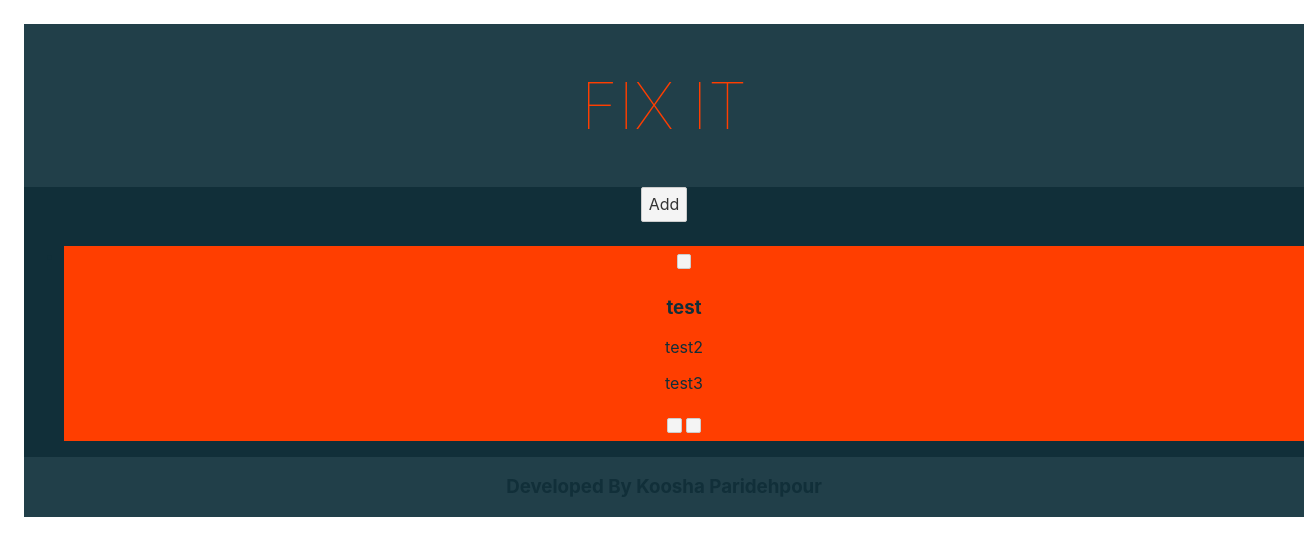
Repository: KooshaPari/fixit-go
Page: / (app in frontend/)
An editor plug-in stored every save of this project. The page is shown before and after a run of saves, followed by the edit.
The browser window is 1280 px wide. The page is 1304 px wide, so the pictures cover 1304 px, including what lies to the right of the window. The pictures show the whole page.
The project was rebuilt for these pictures with package versions that can differ from the ones it lists, and the page was loaded fresh each time.

Above is the page before, as saved 2024-09-23 20:44:23.

### frontend/public/index.html
<!DOCTYPE html>
<html lang="en">
	<head>
		<meta charset="utf-8" />
		<meta name="viewport" content="width=device-width,initial-scale=1" />

		<title>Svelte app</title>

		<link rel="icon" type="image/png" href="/favicon.png" />
		<link rel="stylesheet" href="/global.css" />
		<link rel="stylesheet" href="/build/bundle.css" />

		<script defer src="/build/bundle.js"></script>
	</head>

	<body></body>
</html>

### frontend/src/main.js
import App from "./App.svelte";

const app = new App({
	target: document.body,
	props: {
		name: "fixIt",
	},
});

### frontend/src/App.svelte
<script>
	export let name;
	import { onMount } from 'svelte';
	let todo = {
		title: 'test',
		description: 'test2',
		dueDate: 'test3'
	}
	let todos = [todo];

	/*onMount(async () => {
		const response = await fetch('/todos');
		todos = await response.json();
	});*/

	async function createTodo() {
		/*TODO*/
	}

	async function updateTodo(id) {
		/*TODO*/
	}

	async function deleteTodo(id) {
		/*TODO*/
	}
</script>

<main>
<!---->

<div id="parent">
    <div id="header">
        <div id ="logoCont">
        <i><!--LOGO--></i>
        <h1>Fix It</h1></div>
        <div id="profileCont">
            <i><!--Profile Img--></i>
            <h2><!--Your Name--></h2></div>

        </div>

    <div id="body">
        <div id="content">
            <div id="fixItApp">
                <div id="todoList">
					<button class="addBtn">Add</button>
                    <ul id="todos">
                        <!--SCRIPT TO GEN TODO ITEMS-->
						{#each todos as todo}
						<li class="todoLstItm">
							<div class="todoLstItmCont">
								<div class="todoLstItmContLeft">
									<button class="completeBtn"></button>
								</div>
								<div class="todoLstItmContRight">
									<h3>{todo.title}</h3>
									<p>{todo.description}</p>
									<!-- due Date below-->
									<p>{todo.dueDate}</p>
									<div class="todoLstItmContRightBtns">
										<button class="deleteBtn"></button>
										<button class="editBtn"></button>
									</div>
								</div>
							</div>
						</li>
						{/each}

                    </ul>
                </div>
            </div>
        </div>
    </div>
    <div id="footer">
        <h3>Developed By Koosha Paridehpour</h3>
    </div>
</div>
</main>

<style>
	main {
		text-align: center;
		padding: 1em;
		max-width: 240px;
		margin: 0 auto;
	}

	h1 {
		color: #ff3e00;
		text-transform: uppercase;
		font-size: 4em;
		font-weight: 100;
	}

	@media (min-width: 640px) {
		main {
			max-width: none;
		}
	}
	.todoLstItm{
		background-color: #ff3e00;

	}
	#parent{
		width:100vw;
		height: 100%;
		display:flex;
		flex-direction: column;
		background-color: #112F39
	}
	#header, #footer{
		background-color: #213f49;
	}
	#header{

	}


</style>

### frontend/public/global.css
html,
body {
	position: relative;
	width: 100%;
	height: 100%;
}

body {
	color: #112f39;
	margin: 0;
	padding: 8px;
	box-sizing: border-box;
	font-family: -apple-system, BlinkMacSystemFont, "Segoe UI", Roboto,
		Oxygen-Sans, Ubuntu, Cantarell, "Helvetica Neue", sans-serif;
}

a {
	color: rgb(0, 100, 200);
	text-decoration: none;
}

a:hover {
	text-decoration: underline;
}

a:visited {
	color: rgb(0, 80, 160);
}

label {
	display: block;
}

input,
button,
select,
textarea {
	font-family: inherit;
	font-size: inherit;
	-webkit-padding: 0.4em 0;
	padding: 0.4em;
	margin: 0 0 0.5em 0;
	box-sizing: border-box;
	border: 1px solid #ccc;
	border-radius: 2px;
}

input:disabled {
	color: #ccc;
}

button {
	color: #333;
	background-color: #f4f4f4;
	outline: none;
}

button:disabled {
	color: #999;
}

button:not(:disabled):active {
	background-color: #ddd;
}

button:focus {
	border-color: #666;
}

After the next 3 saves:
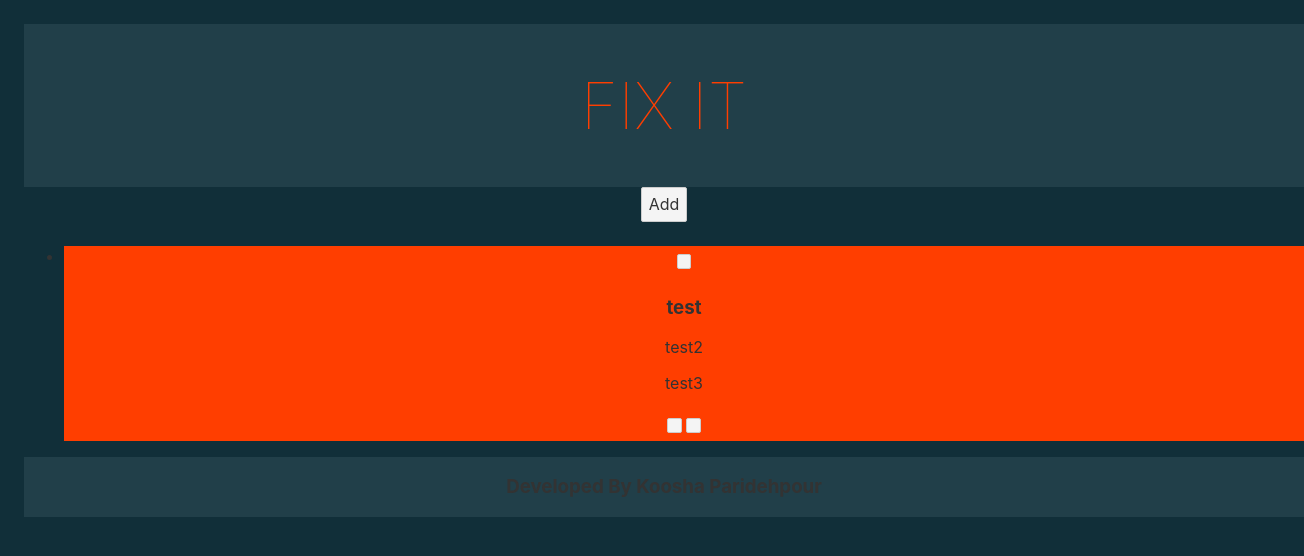
The 3 saves are shown as one change because they came seconds apart.
The last was saved 27 s later.
--- a/frontend/public/global.css
+++ b/frontend/public/global.css
@@ -1,21 +1,20 @@
-html,
-body {
+html, body {
 	position: relative;
 	width: 100%;
 	height: 100%;
 }
 
 body {
-	color: #112f39;
+	color: #333;
+	background-color:#112F39;
 	margin: 0;
 	padding: 8px;
 	box-sizing: border-box;
-	font-family: -apple-system, BlinkMacSystemFont, "Segoe UI", Roboto,
-		Oxygen-Sans, Ubuntu, Cantarell, "Helvetica Neue", sans-serif;
+	font-family: -apple-system, BlinkMacSystemFont, "Segoe UI", Roboto, Oxygen-Sans, Ubuntu, Cantarell, "Helvetica Neue", sans-serif;
 }
 
 a {
-	color: rgb(0, 100, 200);
+	color: rgb(0,100,200);
 	text-decoration: none;
 }
 
@@ -24,17 +23,14 @@
 }
 
 a:visited {
-	color: rgb(0, 80, 160);
+	color: rgb(0,80,160);
 }
 
 label {
 	display: block;
 }
 
-input,
-button,
-select,
-textarea {
+input, button, select, textarea {
 	font-family: inherit;
 	font-size: inherit;
 	-webkit-padding: 0.4em 0;
